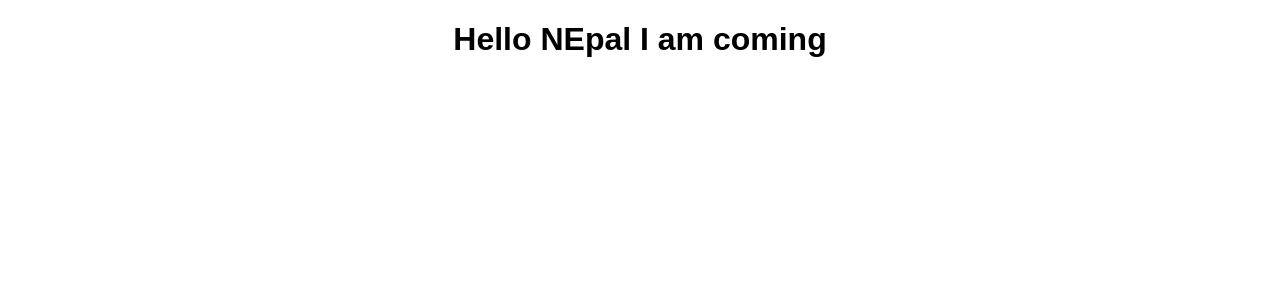
Repository: sajin-shrestha/React-Workshop
Page: /
These files come from the project's save history. The page is drawn as it stood at one moment and after the next save; the edit follows.
The browser window is 1280 px wide. The pictures show the whole page.
The page's requests for data from a server got no answer. The project was rebuilt for these pictures with package versions that can differ from the ones it lists, and the page was loaded fresh each time. No one was signed in, and anything a server would have sent is missing. Also part of the build but not shown: vite.config.js.

Above is the page before, as saved 2025-07-05 19:08:56.

### index.html
<!doctype html>
<html lang="en">
  <head>
    <meta charset="UTF-8" />
    <link rel="icon" type="image/svg+xml" href="/vite.svg" />
    <meta name="viewport" content="width=device-width, initial-scale=1.0" />
    <title>React- 21 course</title>
  </head>
  <body>
    <div id="root"></div>
    <script type="module" src="/src/main.jsx"></script>
  </body>
</html>

### src/index.css
*{
    font-family: sans-serif;
}
#card{
    background-color: aqua;
    color: rgb(0, 0, 0);
    margin: 30px ;
    width: 300px;
    padding: 30px 20px;
    /* border: 2px solid rgb(0, 0, 0); */
    border-radius: 0 30px 20px 30px ;
    display: flex;
    flex-direction: column;
    list-style-type: none;
}

#container{
    display: flex;
    background-color: rgb(51, 51, 156);
    border-radius: 20px;
    flex-wrap: wrap
    /* height: 500px; */
    /* width: 500px; */
    /* overflow: hidden; */
}
li{
    padding: 5px;
}

### src/App.jsx
import React, {useEffect, useState} from 'react'

const App = () => {
  const [users, setUser] = useState([]);
  useEffect(() =>{
    fetch('https://jsonplaceholder.typicode.com/users')
    .then((response => response.json()))
    .then((json =>
      // console.log(json),
      setUser(json)
      ))
  },[])
  return (
    <div>
      <h1 style={{alignItems:'center', textAlign: 'center'}}>Hello NEpal I am coming</h1>
      {/* <p>{user.name}</p> */}
      <div >
      <ul id='container'>
        {
          users.map((user)=>(
            <div key={user.id} id='card'>
            <li>Name :{user.name}</li>
            <li>Email:{user.email}</li>
            <li>Phone:{user.phone}</li>
            <li>Company:{user.company.name}</li>
            <li>Address:{user.address.city}</li>
            </div>
          ))
        }
      </ul>
    </div>
    </div>
  )
}

export default App

Loaded but not shown: src/main.jsx (common file)

After the next save:
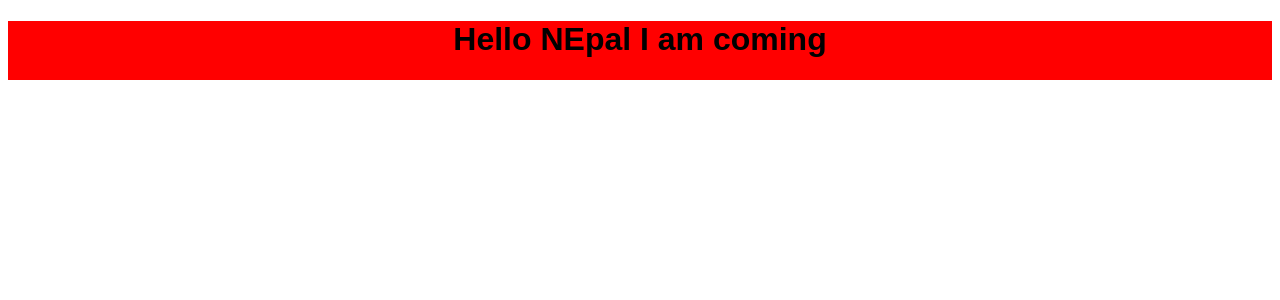
Saved 44 s later.
--- a/src/App.jsx
+++ b/src/App.jsx
@@ -11,7 +11,7 @@
       ))
   },[])
   return (
-    <div>
+    <div style={{background:'red'}}>
       <h1 style={{alignItems:'center', textAlign: 'center'}}>Hello NEpal I am coming</h1>
       {/* <p>{user.name}</p> */}
       <div >

After the save that followed:
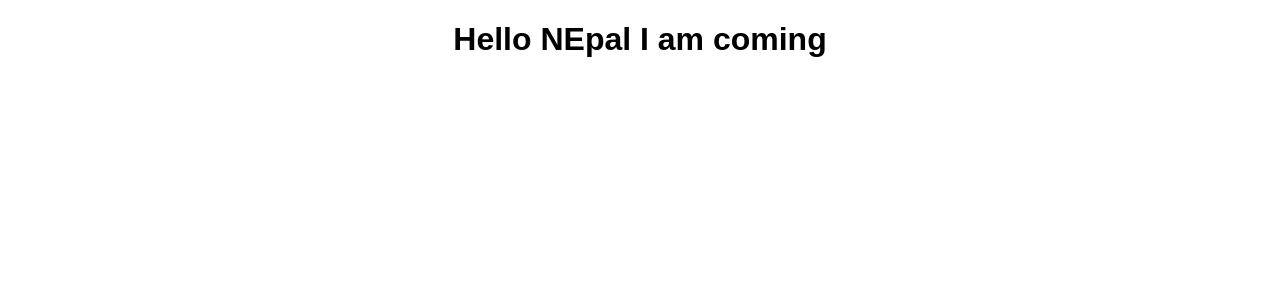
Saved 11 s later.
--- a/src/App.jsx
+++ b/src/App.jsx
@@ -11,7 +11,7 @@
       ))
   },[])
   return (
-    <div style={{background:'red'}}>
+    <div>
       <h1 style={{alignItems:'center', textAlign: 'center'}}>Hello NEpal I am coming</h1>
       {/* <p>{user.name}</p> */}
       <div >
